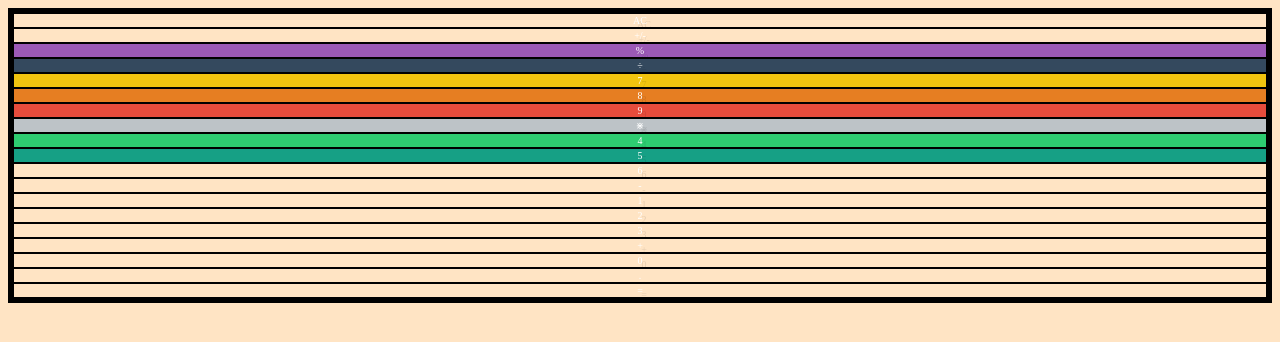
Repository: noahcallen/LAB-calculator
Page: index.html
The author's editor kept a copy of each file at every save. The page is drawn from the files as they stood at one save, then again after the next save.
The browser window is 1280 px wide. The pictures show the whole page.

Above is the page before, as saved 2024-07-09 21:43:37.

### index.html
<!DOCTYPE html>
<html lang="en">
<head>
  <meta charset="UTF-8">
  <meta name="viewport" content="width=device-width, initial-scale=1.0">
  <title>Document</title>
  <link rel="stylesheet" href="main.css">
  <meta name="viewport" content="width=device-width, initial-scale=1">
</head>
<body>
  <!-- box for calculator outline -->
  <div class="outline">
    <div class="container">
      <div class="box box1">AC</div>
      <div class="box box2">+/-</div>
      <div class="box box3">%</div>
      <div class="box box4">÷</div>
      <!-- next row -->
      <div class="box box5">7</div>
      <div class="box box6">8</div>
      <div class="box box7">9</div>
      <div class="box box8">⋇</div>
      <!-- next row -->
      <div class="box box9">4</div>
      <div class="box box10">5</div>
      <div class="box box11">6</div>
      <div class="box box12">-</div>
      <!-- next row -->
      <div class="box box13">1</div>
      <div class="box box14">2</div>
      <div class="box box15">3</div>
      <div class="box box16">+</div>
      <!-- next row -->
      <div class="box box17">0</div>
      <div class="box box18">.</div>
      <div class="box box19">=</div>
    </div>
    <!-- close outline -->
  </div>




  <script src="main.js"></script>
  <!-- import js bootstrap -->
  <script src="https://cdn.jsdelivr.net/npm/bootstrap@5.3.3/dist/js/bootstrap.bundle.min.js" integrity="sha384-YvpcrYf0tY3lHB60NNkmXc5s9fDVZLESaAA55NDzOxhy9GkcIdslK1eN7N6jIeHz" crossorigin="anonymous"></script>
</body>
</html>

### main.css
body {
  background-color: bisque;
}

.outline {
  border: solid 5px black;
}

.boxAC { background:#1abc9c;}
.box+/- { background:#3498db;}
.box3 { background:#9b59b6;}
.box4 { background:#34495e;}
.box5 { background:#f1c40f;}
.box6 { background:#e67e22;}
.box7 { background:#e74c3c;}
.box8 { background:#bdc3c7;}
.box9 { background:#2ecc71;}
.box10 { background:#16a085;}

/* Some default styles to make each box visible */
.box {
  border: solid 1px black;
  color:white;
  font-size: 10px;
  text-align: center;
  text-shadow:4px 4px 0 rgba(0,0,0,0.1);
  padding:1px;
}

.container {
  display: flex;
  flex-direction: column;
}

Loaded but not shown: main.js (no stored copy; drawn as an empty file)

After the next save:
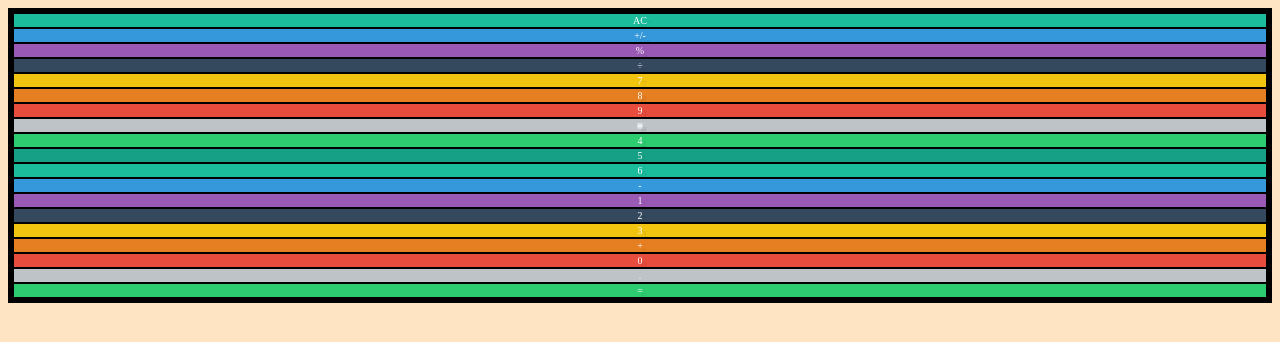
Saved 35 s later.
--- a/main.css
+++ b/main.css
@@ -6,8 +6,8 @@ body {
   border: solid 5px black;
 }
 
-.boxAC { background:#1abc9c;}
-.box+/- { background:#3498db;}
+.box1 { background:#1abc9c;}
+.box2 { background:#3498db;}
 .box3 { background:#9b59b6;}
 .box4 { background:#34495e;}
 .box5 { background:#f1c40f;}
@@ -16,7 +16,15 @@ body {
 .box8 { background:#bdc3c7;}
 .box9 { background:#2ecc71;}
 .box10 { background:#16a085;}
-
+.box11 { background:#1abc9c;}
+.box12 { background:#3498db;}
+.box13 { background:#9b59b6;}
+.box14 { background:#34495e;}
+.box15 { background:#f1c40f;}
+.box16 { background:#e67e22;}
+.box17 { background:#e74c3c;}
+.box18 { background:#bdc3c7;}
+.box19 { background:#2ecc71;}
 /* Some default styles to make each box visible */
 .box {
   border: solid 1px black;
